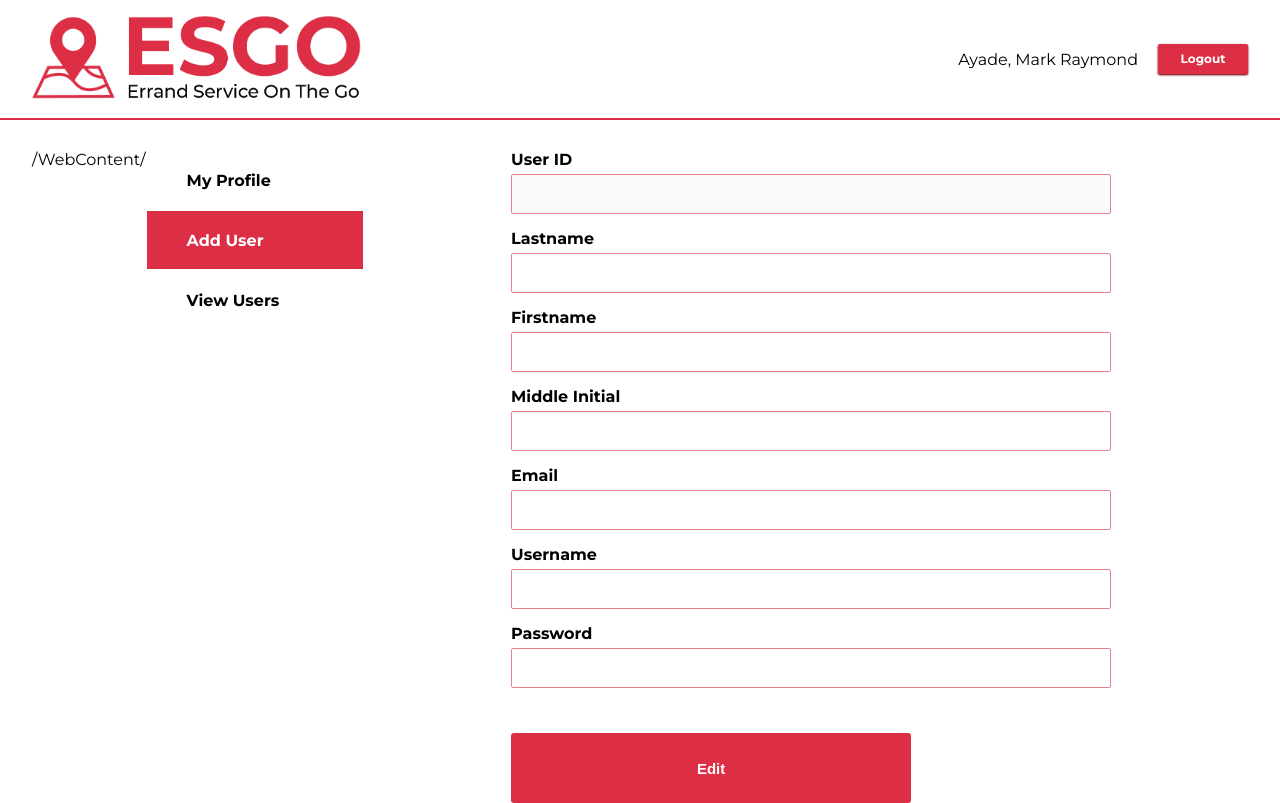
Repository: azkalonz/Int-Prog-2
Page: http://localhost/Int_Prog_2/?page=home
The author's editor kept a copy of each file at every save. The page is drawn from the files as they stood at one save, then again after the next save.
The browser window is 1280 px wide. The pictures show the whole page.
The page is served by Tomcat 9. Other server files are loaded and not shown.

Above is the page before, as saved 2021-03-30 05:48:16.

### Int Prog 2/WebContent/index.jsp
<jsp:include page="/WEB-INF/layout/header.jsp"/>
<main>
        <div class="container">
            <jsp:include page="/WEB-INF/layout/nav.jsp" />

            <div class="content">
                <form>
                    <div class="infos">
                        <span>User ID</span>
                        <input type="text" disabled>
                    </div>
                    <div class="infos">
                        <span>Lastname</span>
                        <input type="text">
                    </div>
                    <div class="infos">
                        <span>Firstname</span>
                        <input type="text">
                    </div>
                    <div class="infos">
                        <span>Middle Initial</span>
                        <input type="text">
                    </div>
                    <div class="infos">
                        <span>Email</span>
                        <input type="text">
                    </div>
                    <div class="infos">
                        <span>Username</span>
                        <input type="text">
                    </div>
                    <div class="infos">
                        <span>Password</span>
                        <input type="text">
                    </div>
                    <input class="button" type="submit" value="Edit">
                </form>
            </div>
        </div>
    </main>
<jsp:include page="/WEB-INF/layout/footer.jsp"/>

### Int Prog 2/WebContent/WEB-INF/layout/header.jsp
<%@ page language="java" contentType="text/html; charset=ISO-8859-1"
	pageEncoding="ISO-8859-1"%>
<!DOCTYPE html>
<html>
<head>
<meta charset="ISO-8859-1">
<title>Employee</title>
<link rel="stylesheet" href="<%=request.getContextPath()%>/css/style.css"/>
</head>
<body>
	<header>
	        <div class="container">
	            <div class="logo-con">
	                <img src="<%=request.getContextPath()%>/assets/logo/horizontal.png">
	            </div>
	            <div class="account-con">
	                <span>Ayade, Mark Raymond</span>
	                <a href="./login.html">
	                    <div class="button">Logout</div>
	                </a>
	            </div>
	        </div>
	    </header>

### Int Prog 2/WebContent/WEB-INF/layout/nav.jsp
<%@taglib prefix="c" uri="http://java.sun.com/jsp/jstl/core"%>
<%= getServletContext().getRealPath("/") %>
<div class="nav">
    <a href="<%=request.getContextPath()%>">
        <div class="links">My Profile</div>
    </a>
    <a href="<%=request.getContextPath()%>/register">
        <div class="links<c:if test="${1==1}"> active</c:if>">Add User</div>
    </a>
    <a href="./users.html">
        <div class="links">View Users</div>
    </a>
</div>

### Int Prog 2/WebContent/css/style.css
@import url("https://fonts.googleapis.com/css2?family=Montserrat:ital,wght@0,100;0,200;0,300;0,400;0,500;0,600;0,700;1,100;1,200;1,300;1,400;1,500;1,600&display=swap");

* {
  margin: 0;
  padding: 0;
  box-sizing: border-box;
}

a:link {
	text-decoration: none;
	color: #000;
}

body {
  font-family: "Montserrat";
  font-size: 100%;
}

header {
  display: flex;
  justify-content: center;
  width: 100%;
  height: 120px;
  position: relative;
  border-bottom: 2px solid rgb(220, 46, 69);
}

header .container {
  display: flex;
  justify-content: space-between;
  width: 95%;
  max-width: 1300px;
}

header .container .logo-con {
  padding-top: 5px;
}

header .container .logo-con img {
  height: 100px;
}

header .container .account-con {
  display: flex;
  align-items: center;
}

header .account-con .button {
  width: 90px;
  height: 30px;
  margin-left: 20px;
  border: none;
  background: rgb(220, 46, 69);
  box-shadow: 0 1px 2px 0 rgba(122, 7, 22, 0.783),
    0 1px 2px 0 rgba(122, 7, 22, 0.783);
  cursor: pointer;
  color: white;
  font-family: "Montserrat";
  font-weight: bold;
  font-size: 12px;
  border-radius: 2px;
  line-height: 30px;
  text-align: center;
}

header .account-con .button:hover {
  background: rgb(187, 32, 53);
}

.login-container {
  background: rgb(220, 46, 69);
  display: flex;
  align-items: center;
  justify-content: center;
  height: 100vh;
  font-family: "Montserrat";
  color: rgb(22, 22, 22);
}

.login-container > .container {
  position: relative;
  background: white;
  width: 85%;
  max-width: 1024px;
  border-radius: 10px;
  display: flex;
  box-shadow: 0 2px 4px 0 rgb(80, 12, 21), 0 6px 10px 0 rgb(80, 12, 21);
  padding: 60px 5px;
}

.login-container > .container .logo-container {
  display: flex;
  justify-content: center;
  align-items: center;
  flex-direction: column;
  flex: 3;
}

.logo-container img {
  width: 200px;
  padding-bottom: 35px;
}

.logo-container span {
  color: rgb(220, 46, 69);
  font-weight: bold;
  font-size: 40px;
}

.container .form-container {
  display: flex;
  justify-content: center;
  align-items: center;
  height: 100%;
  flex: 2;
}

.form-container h1 {
  margin-bottom: 20px;
}

.form-container .input-con {
  margin-bottom: 20px;
}

.form-container .input-con input {
  height: 45px;
  width: 300px;
  font-family: "Montserrat";
  padding: 5px 10px;
  border-radius: 5px;
  border: 1px solid rgb(233, 129, 143);
}

.form-container button {
  width: 150px;
  height: 50px;
  background: rgb(220, 46, 69);
  border: none;
  color: white;
  font-size: 16px;
  cursor: pointer;
  border-radius: 4px;
  box-shadow: 0 1px 2px 0 rgba(122, 7, 22, 0.783),
    0 1px 2px 0 rgba(122, 7, 22, 0.783);
  margin-top: 10px;
  font-weight: bold;
  font-family: "Montserrat";
}

.form-container button:hover {
  background: rgb(187, 32, 53);
}

main {
  width: 100%;
  display: flex;
  justify-content: center;
  padding-top: 30px;
}

main .container {
  width: 95%;
  max-width: 1300px;
  display: flex;
  justify-content: center;
}

main .container .nav {
  flex: 2;
  margin-right: 10px;
}

main .container .nav .links {
  padding-left: 40px;
  height: 60px;
  line-height: 60px;
  font-weight: bold;
  border: 1px solid white;
}

.active {
  background: rgb(220, 46, 69);
  color: white;
}

main .container .nav .links:hover {
  background: rgb(220, 46, 69);
  color: white;
  transition: 0.4s;
}

main .container .content {
  flex: 8;
  display: flex;
  justify-content: center;
}

main .container .content .infos {
  display: flex;
  flex-direction: column;
  padding-bottom: 15px;
}

main .container .content .infos span {
  padding-bottom: 5px;
  font-weight: bold;
}

main .container .content .infos input {
  width: 600px;
  height: 40px;
  border-radius: 2px;
  border: 1px solid rgb(233, 129, 143);
  padding: 0 10px;
}

main .container .content .button {
  width: 400px;
  height: 70px;
  background: rgb(220, 46, 69);
  border: none;
  margin-top: 30px;
  color: white;
  font-weight: bold;
  font-size: 15px;
  cursor: pointer;
  border-radius: 3px;
}

main .container .content .button:hover {
  background: rgb(187, 32, 53);
}

main .container .content .infos {
  display: flex;
  flex-direction: column;
  padding-bottom: 15px;
}

main .container .content .infos span {
  padding-bottom: 5px;
  font-weight: bold;
}

main .container .content .infos input {
  width: 600px;
  height: 40px;
  border-radius: 2px;
  border: 1px solid rgb(233, 129, 143);
  padding: 0 10px;
}

main .container .content .button {
  width: 400px;
  height: 70px;
  background: rgb(220, 46, 69);
  border: none;
  margin-top: 30px;
  color: white;
  font-weight: bold;
  font-size: 15px;
  cursor: pointer;
  border-radius: 3px;
}

main .container .content .button:hover {
  background: rgb(187, 32, 53);
}

main .container .content {
  max-height: 800px;
  overflow-y: scroll;
}

main .container .content table {
  width: 100%;
  margin: 0 15px;
  text-align: center;
  border-spacing: 0;
}

main .container .content table thead {
  background: rgb(220, 46, 69);
}

main .container .content table thead th {
  height: 60px;
  column-gap: 0;
  color: white;
}

main .container .content table tbody tr {
  height: 50px;
  background: rgba(247, 244, 244, 0.375);
}

main .container .content table tbody tr td:last-child {
  display: flex;
  justify-content: center;
  padding: 10px 0;
}

main .container .content table tbody .button-action {
  width: 80px;
  height: 30px;
  text-align: center;
  line-height: 30px;
  margin: 0 5px;
  font-size: 12px;
  color: white;
  border-radius: 3px;
  cursor: pointer;
}

.orange {
  background: coral;
  box-shadow: 0px 0px 2px -1px rgba(230, 63, 2, 0.443);
}

.red {
  background: crimson;
  box-shadow: 0px 0px 2px -1px rgba(199, 2, 41, 0.653);
}

.orange:hover {
  background: rgb(248, 95, 39);
}

.red:hover {
  background: rgb(194, 4, 42);
}

Loaded but not shown: Int Prog 2/WebContent/WEB-INF/layout/footer.jsp (common file)

After the next save:
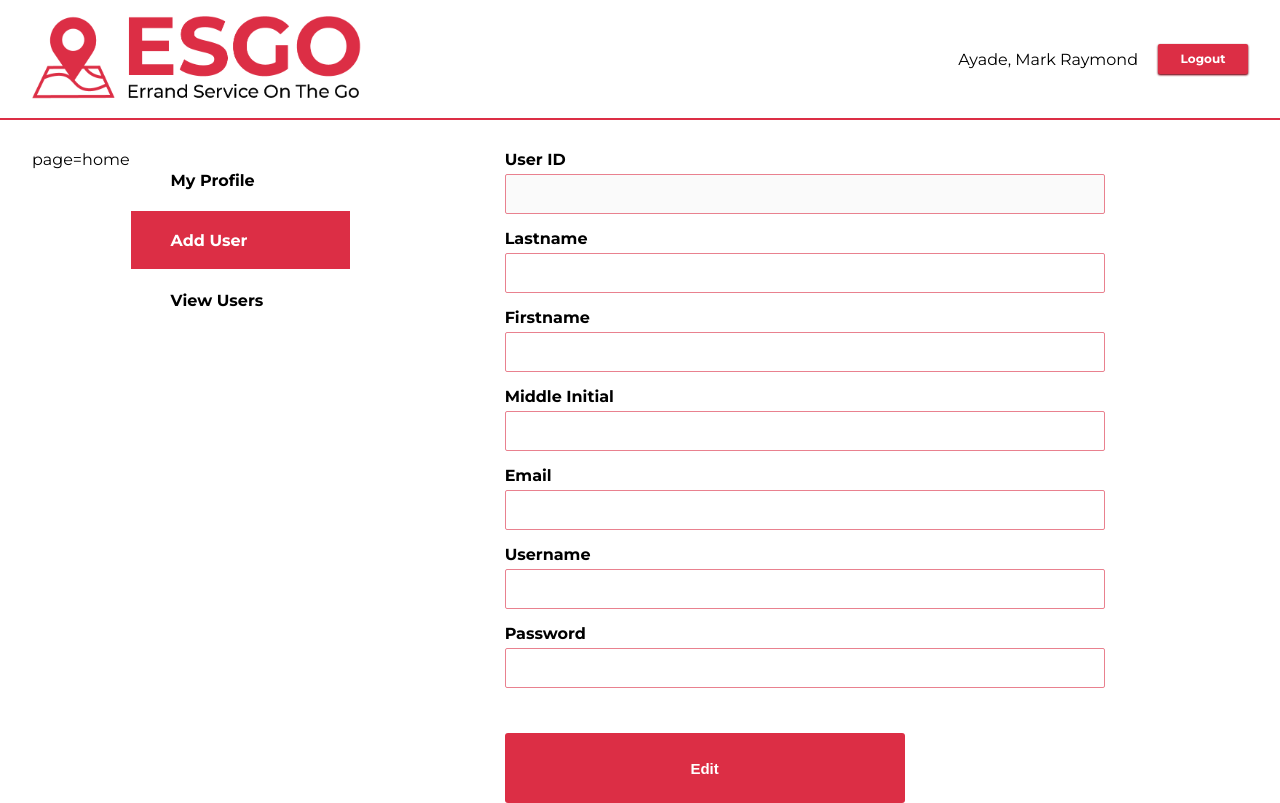
Saved 2 min 21 s later.
--- a/Int Prog 2/WebContent/WEB-INF/layout/nav.jsp
+++ b/Int Prog 2/WebContent/WEB-INF/layout/nav.jsp
@@ -1,5 +1,5 @@
 <%@taglib prefix="c" uri="http://java.sun.com/jsp/jstl/core"%>
-<%= getServletContext().getRealPath("/") %>
+<%= request.getQueryString() %>
 <div class="nav">
     <a href="<%=request.getContextPath()%>">
         <div class="links">My Profile</div>
